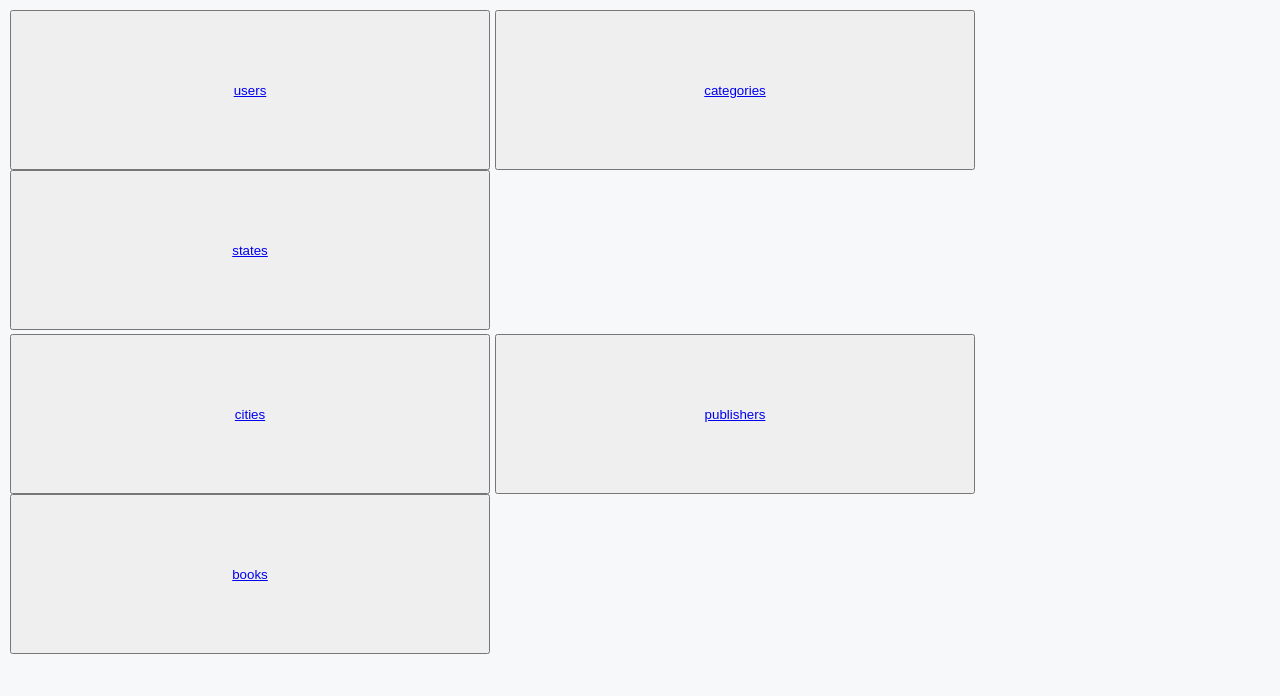
Repository: fontanive12/Biblioteca
Page: front/paginaInicial.html
These files come from the project's save history. The page is drawn as it stood at one moment and after the next save; the edit follows.
The browser window is 1280 px wide. The pictures show the whole page.

Above is the page before, as saved 2022-09-05 17:21:16.

### front/paginaInicial.html
<!DOCTYPE html>
<html lang="en">

<head>
    <meta charset="UTF-8">
    <meta http-equiv="X-UA-Compatible" content="IE=edge">
    <meta name="viewport" content="width=device-width, initial-scale=1.0">
    <link rel="stylesheet" href="styles.css">

    <title>Initial page</title>
</head>

<body>
    <div class="containerButtons">
        <button class="buttonMenu"><a href="users.html" class="users">users</a></button>
        <button class="buttonMenu"><a href="categories.html" class="categories">categories</a></button>
        <button class="buttonMenu"><a href="states.html" class="states">states</a></button>
    </div>
    <div class="containerButtons">
        <button class="buttonMenu"><a href="cities.html" class="states">cities</a></button>
        <button class="buttonMenu"><a href="publishers.html" class="states">publishers</a></button>
        <button class="buttonMenu"><a href="books.html" class="states">books</a></button>
    </div>
</body>

</html>

### front/styles.css
.bg-mynav {
  background-color: #49baef;
}

body {
  font-size: 1.25rem;
  background-color: #f6f8fa;
}

td {
  line-height: 3rem;
}

.containerButtons {
  max-width: 100rem;
  /* margin: 1rem; */
  padding: 2px
}

.buttonMenu {
  width: 30rem;
  height: 10rem;

}

After the next save:
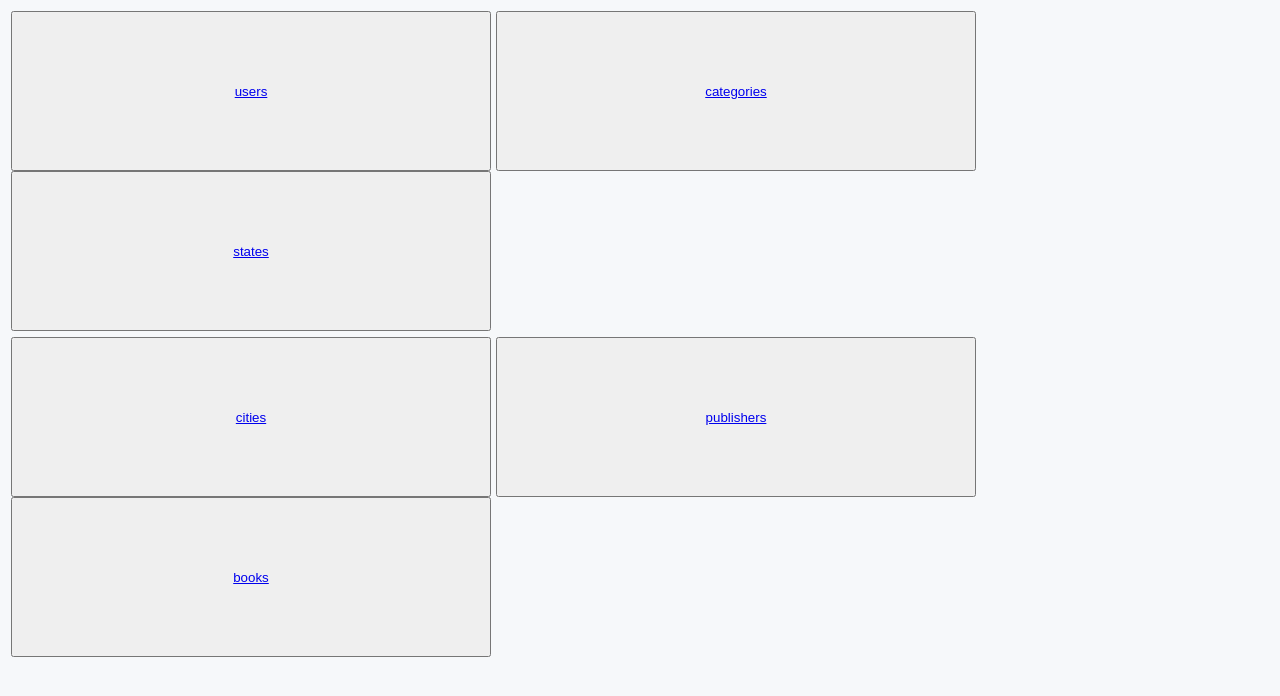
Saved 8 s later.
--- a/front/styles.css
+++ b/front/styles.css
@@ -14,7 +14,7 @@ td {
 .containerButtons {
   max-width: 100rem;
   /* margin: 1rem; */
-  padding: 2px
+  padding: 3px
 }
 
 .buttonMenu {
